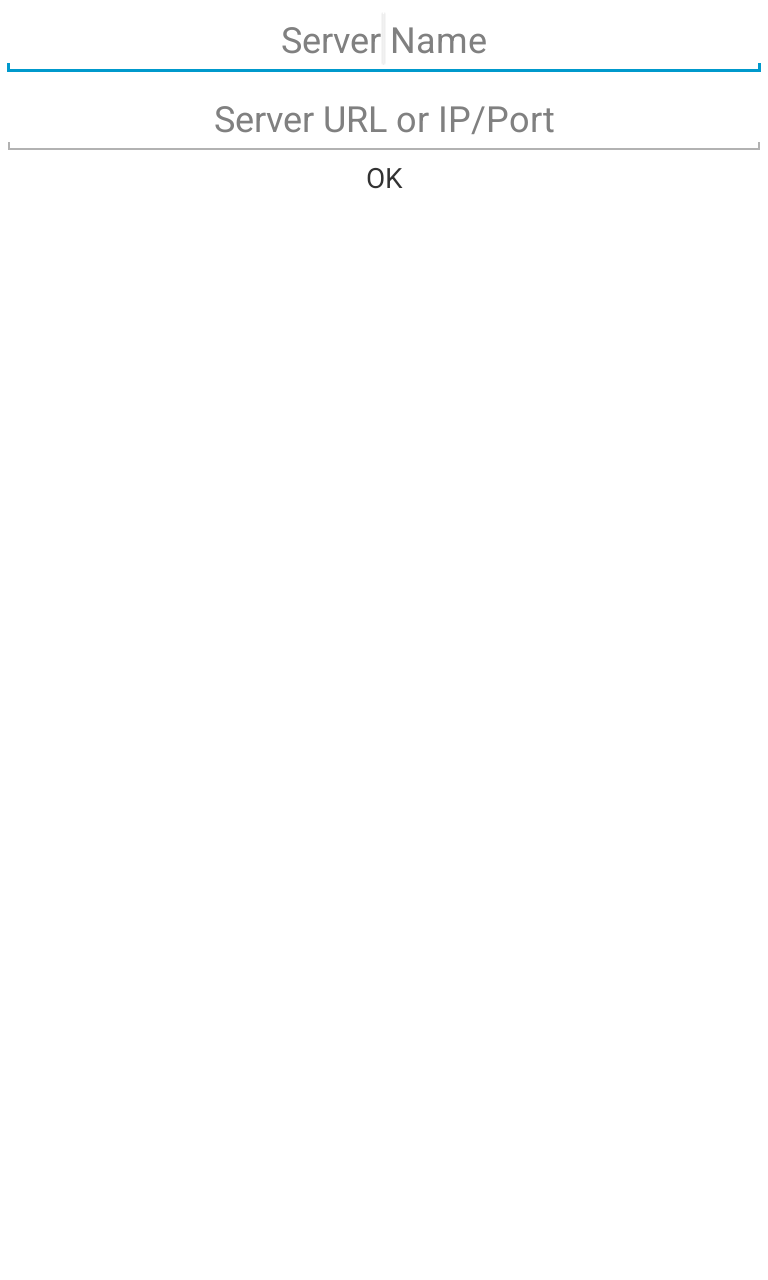
Repository: GT-Deck/SMRS-AndroidClient
Layout: SMRSRemote/res/layout/server_dialog_fragment.xml
The author's editor kept a copy of each file at every save. The layout is drawn from the files as they stood at one save, then again after the next save.
It is drawn on a 768 x 1280 px phone screen (xhdpi) without system bars, with theme AppTheme; the app's code is not run. The app's manifest (not shown) leaves right-to-left support off. So textAlignment, textDirection and layoutDirection are ignored, and left and right values win over start and end ones.

Above is the layout before, as saved 2015-02-25 18:45:32.

After the next save:
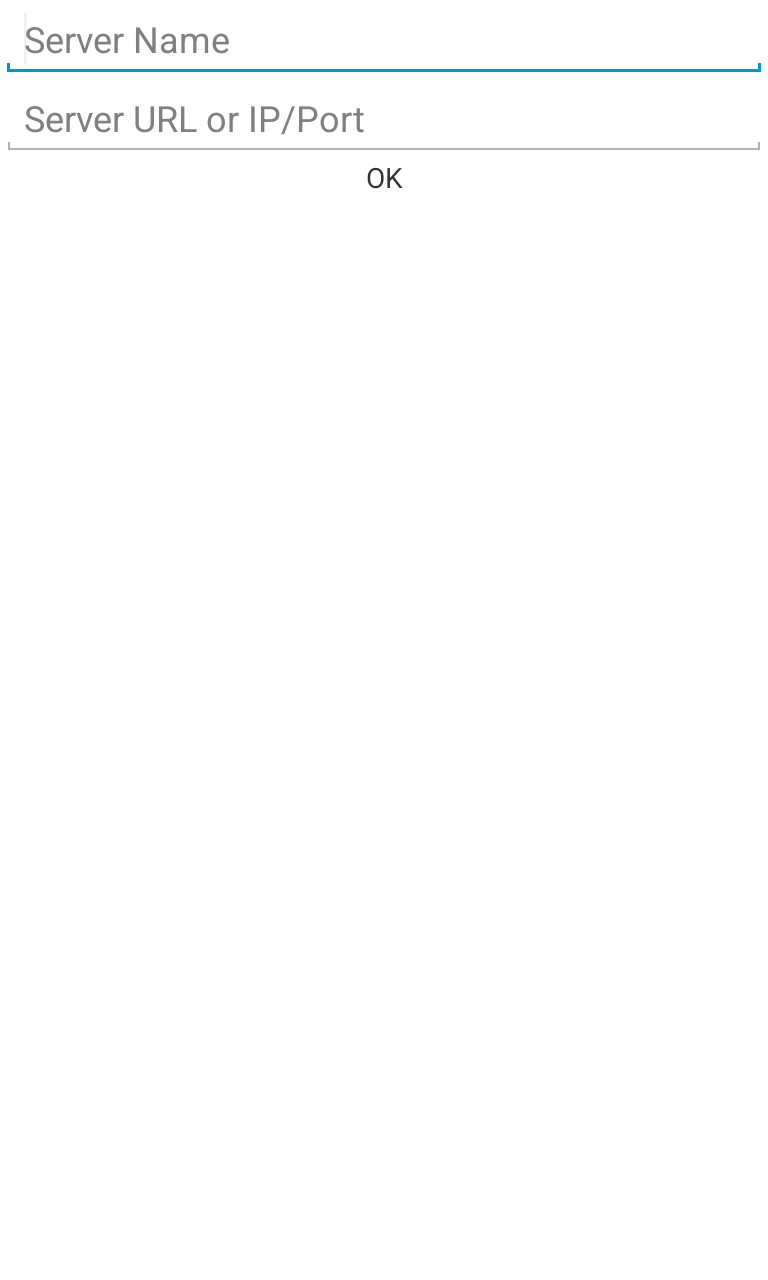
Saved 6 min 23 s later.
--- a/SMRSRemote/res/layout/server_dialog_fragment.xml
+++ b/SMRSRemote/res/layout/server_dialog_fragment.xml
@@ -12,7 +12,7 @@
         android:layout_alignParentTop="true"
         android:layout_centerInParent="true"
         android:ems="10"
-        android:gravity="center_horizontal"
+        android:gravity="left"
         android:hint="@string/serverNameHint" >
 
         <requestFocus />
@@ -27,18 +27,18 @@
         android:layout_below="@+id/ServerName"
         android:layout_centerHorizontal="true"
         android:ems="10"
-        android:gravity="center_horizontal"
+        android:gravity="left"
         android:hint="@string/serverAddressHint" />
 
     <TextView
-        android:id="@+id/textView1"
+        android:id="@+id/DialogOKBtn"
         android:layout_width="match_parent"
         android:layout_height="wrap_content"
-        android:layout_alignParentLeft="false"
+        android:layout_alignParentStart="false"
         android:layout_below="@+id/ServerIP"
         android:layout_centerHorizontal="true"
-        android:gravity="center_horizontal"
-        android:text="OK"
+        android:gravity="center_vertical|center"
+        android:text="@string/DialogButton"
         android:textAlignment="center" />
 
 </RelativeLayout>
